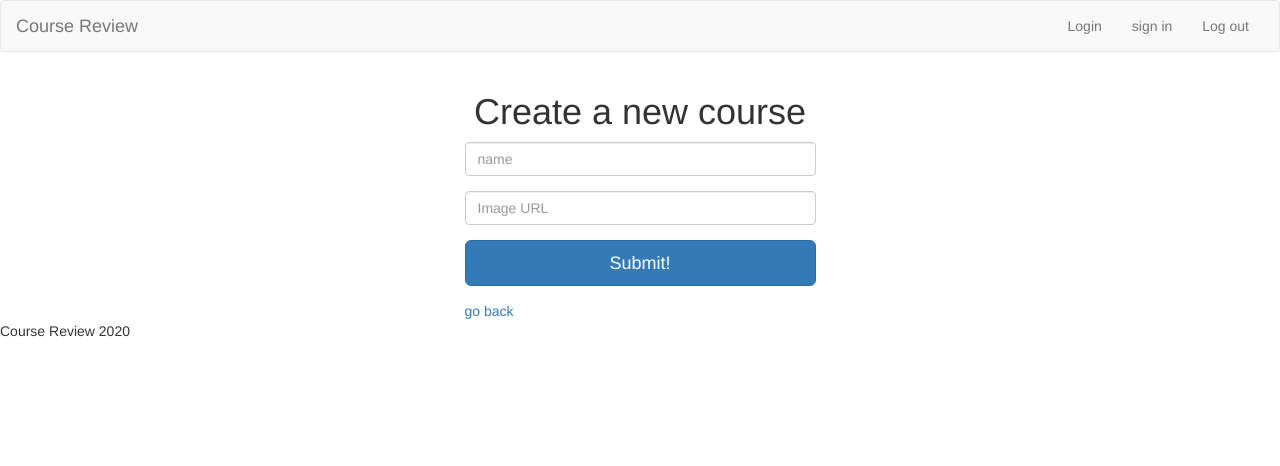
Repository: codewangg/CourseReview
Page: http://localhost/courses/new
The author's editor kept a copy of each file at every save. The page is drawn from the files as they stood at one save, then again after the next save.
The browser window is 1280 px wide. The pictures show the whole page.
The page is served by the project's Node server (app.js).

Above is the page before, as saved 2020-08-15 18:48:34.

### views/new.ejs
<%- include('partials/header')%>

<div class="container">
    <div class="row">
        <h1 style="text-align:  center;">Create a new course</h1>
        <div style="width: 30%; margin:0 auto;">
            <form action="/courses" method="POST">

                <div class="form-group">
                    <input class="form-control" type="text" name="name" placeholder="name">
                </div>

                <div class="form-group">
                    <input class="form-control" type="text" name="image" placeholder="Image URL">
                </div>

                <div class="form-group">
                    <button class="btn btn-lg btn-primary btn-block">Submit!</button>
                </div>


            </form>

                    <a href="/courses">go back</a>
        </div>



    </div>
</div>
<%- include('partials/footer')%>

### views/partials/header.ejs
<!DOCTYPE html>
<html>
    <head>
        <title>CourseReview</title>
        <link rel="stylesheet" href="https://stackpath.bootstrapcdn.com/bootstrap/3.4.1/css/bootstrap.min.css" integrity="sha384-HSMxcRTRxnN+Bdg0JdbxYKrThecOKuH5zCYotlSAcp1+c8xmyTe9GYg1l9a69psu" crossorigin="anonymous">
    </head>
    <body>
    <nav class="navbar navbar-default">
        <div class="container-fluid">
            <div class="navbar-header">
                <a class="navbar-brand" href="/">Course Review</a>
            </div>
            <div class="collapse navbar-collapse">
                <ul class="nav navbar-nav navbar-right">
                    <li><a href="/">Login</a></li>
                    <li><a href="/">sign in</a></li>
                    <li><a href="/">Log out</a></li>
                </ul>

            </div>
        </div>
    </nav>

### views/partials/footer.ejs
    <p>Course Review 2020</p>
    </body>
</html>

### app.js
const express = require("express");
const app = express();
const bodyParser = require("body-parser");

app.use(bodyParser.urlencoded({extended: true}));
app.set('view engine', "ejs");

app.get("/", (req, res) => {
    res.render("landing");
});

    var courses = [
        {name: "mlp", image:"https://images.pexels.com/photos/1108099/pexels-photo-1108099.jpeg?auto=compress&cs=tinysrgb&dpr=1&w=500"},
        {name: "mlp", image:"https://encrypted-tbn0.gstatic.com/images?q=tbn%3AANd9GcT-NC1h3PdhKKSTUu0S-Y6QtGSz1PWCNL4MXA&usqp=CAU"},
        {name: "mlp", image:"https://encrypted-tbn0.gstatic.com/images?q=tbn%3AANd9GcT-NC1h3PdhKKSTUu0S-Y6QtGSz1PWCNL4MXA&usqp=CAU"},
        {name: "mlp", image:"https://encrypted-tbn0.gstatic.com/images?q=tbn%3AANd9GcT-NC1h3PdhKKSTUu0S-Y6QtGSz1PWCNL4MXA&usqp=CAU"},
        {name: "mlp", image:"https://encrypted-tbn0.gstatic.com/images?q=tbn%3AANd9GcT-NC1h3PdhKKSTUu0S-Y6QtGSz1PWCNL4MXA&usqp=CAU"},
        {name: "mlpr", image:"https://encrypted-tbn0.gstatic.com/images?q=tbn%3AANd9GcSGI0qdCZ_bsxabXEma4kZT2N8-lln603NiPA&usqp=CAU"}
    ]

app.get("/courses", (req, res)=>{


    res.render("courses",{courses:courses});
});

app.post("/courses", (req, res)=>{
    var name = req.body.name;
    var image = req.body.image;
    var newcourse = {name: name, image: image}
    courses.push(newcourse);
    res.redirect("/courses");
});

app.get("/courses/new", (req, res)=>{
    res.render("new.ejs");
});

//process.env.PORT process.env.IP
app.listen(3000, 'localhost', function(){
    console.log("server has started!");
    //console.log(process.env.PORT);
});

After the next save:
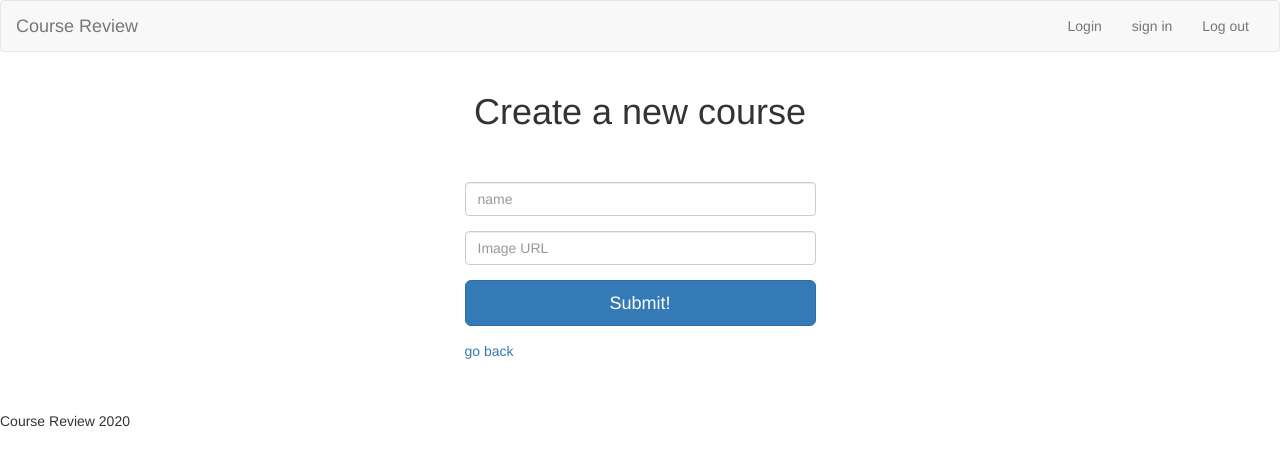
Saved 29 s later.
--- a/views/new.ejs
+++ b/views/new.ejs
@@ -3,7 +3,7 @@
 <div class="container">
     <div class="row">
         <h1 style="text-align:  center;">Create a new course</h1>
-        <div style="width: 30%; margin:0 auto;">
+        <div style="width: 30%; margin:50px auto;">
             <form action="/courses" method="POST">
 
                 <div class="form-group">
